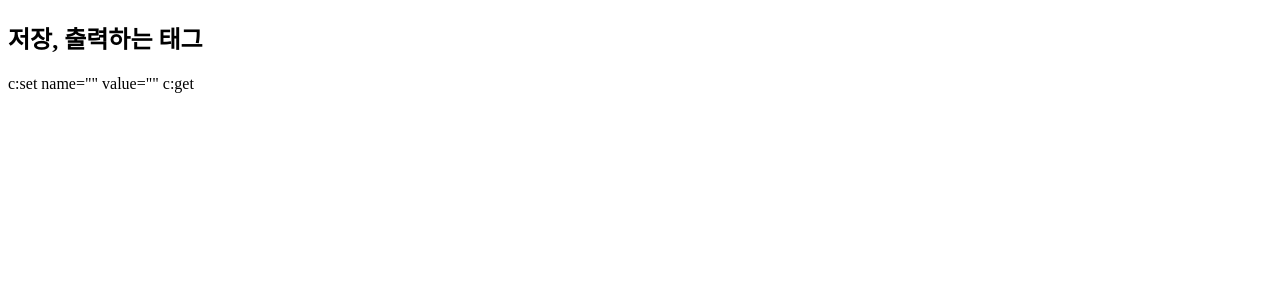
Repository: simjiho/week
Page: http://localhost/el_jstl/views/jstl/02_controltag.jsp
These files come from the project's save history. The page is drawn as it stood at one moment and after the next save; the edit follows.
The browser window is 1280 px wide. The pictures show the whole page.
The page is served by Tomcat 9.

Above is the page before, as saved 2024-04-20 05:44:04.

After the next save:
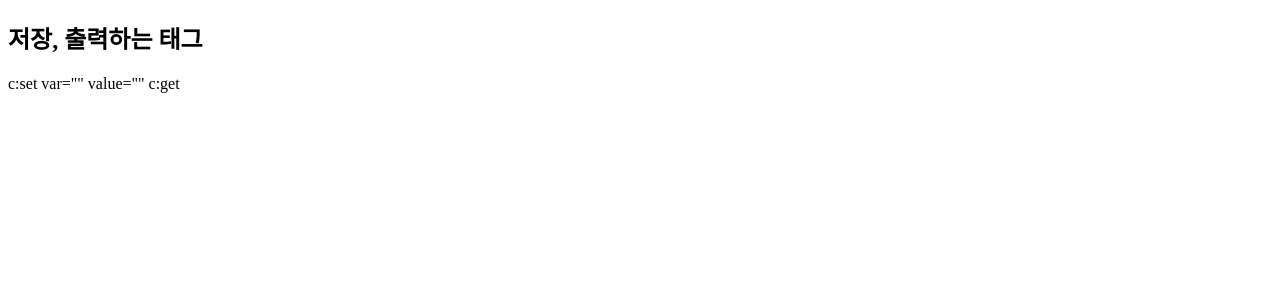
Saved 9 s later.
--- a/workspace/el_jstl/src/main/webapp/views/jstl/02_controltag.jsp
+++ b/workspace/el_jstl/src/main/webapp/views/jstl/02_controltag.jsp
@@ -10,7 +10,7 @@
 <body>
 	<h2>저장, 출력하는 태그</h2>
 	<p>
-		c:set name="" value=""
+		c:set var="" value=""
 		c:get
 	</p>
 </body>
